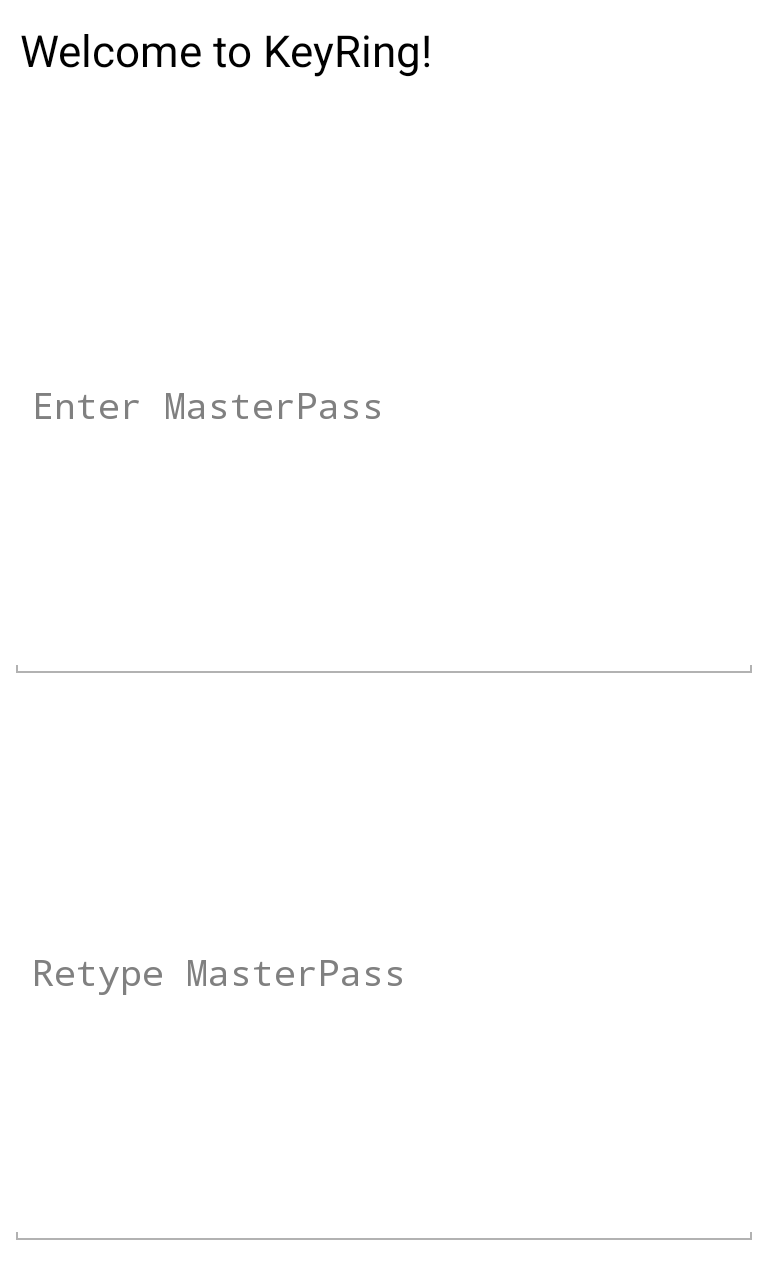
Repository: MarinIuliana/UPB-DILS-MD
Layout: KeyRing/res/layout/masterpass_setup_dialog.xml
The author's editor kept a copy of each file at every save. The layout is drawn from the files as they stood at one save, then again after the next save.
It is drawn on a 768 x 1280 px phone screen (xhdpi) without system bars, with theme AppTheme; the app's code is not run.

Above is the layout before, as saved 2013-11-10 12:51:53.

After the next save:
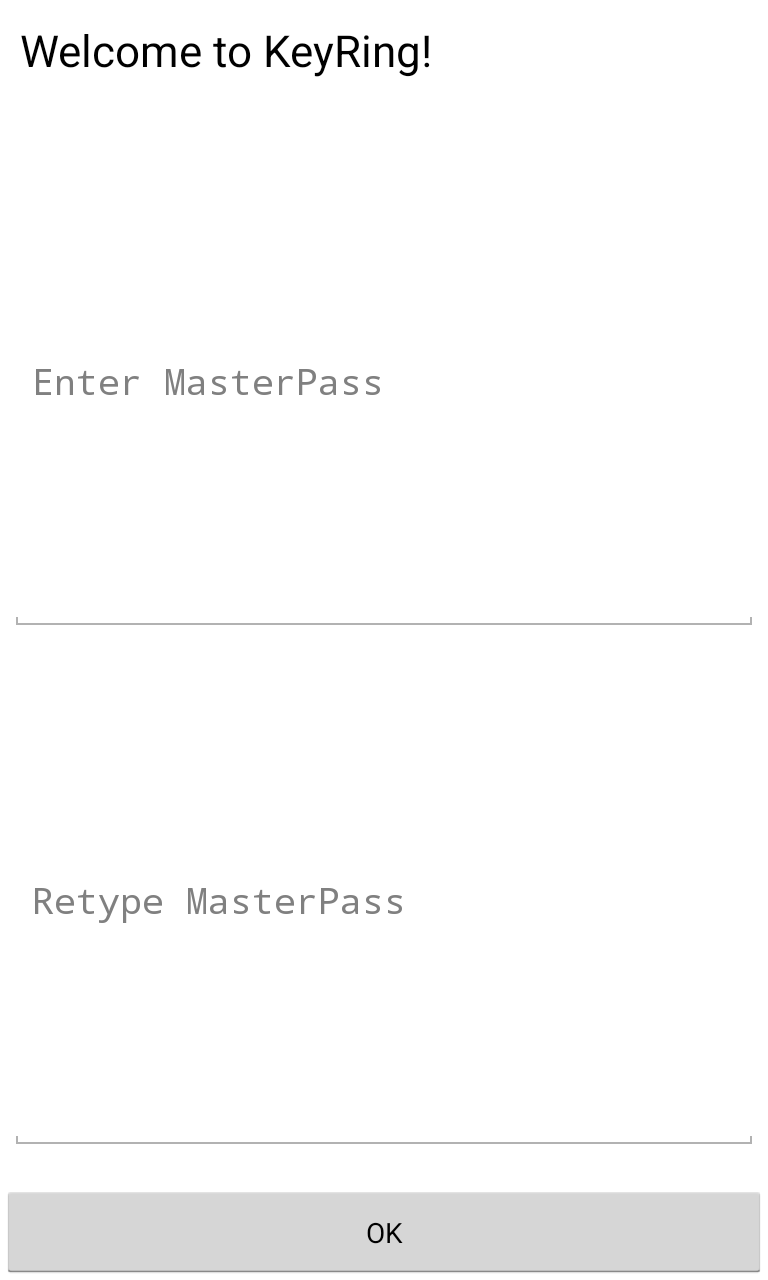
Saved 88 s later.
--- a/KeyRing/res/layout/masterpass_setup_dialog.xml
+++ b/KeyRing/res/layout/masterpass_setup_dialog.xml
@@ -36,4 +36,11 @@
         android:hint="@string/masterPassSetup2"
         android:inputType="textPassword" />
 
+    <Button
+        android:id="@+id/masterpass_setup_ok"
+        style="?android:attr/buttonStyleSmall"
+        android:layout_width="match_parent"
+        android:layout_height="wrap_content"
+        android:text="@string/ok" />
+
 </LinearLayout>

After the save that followed:
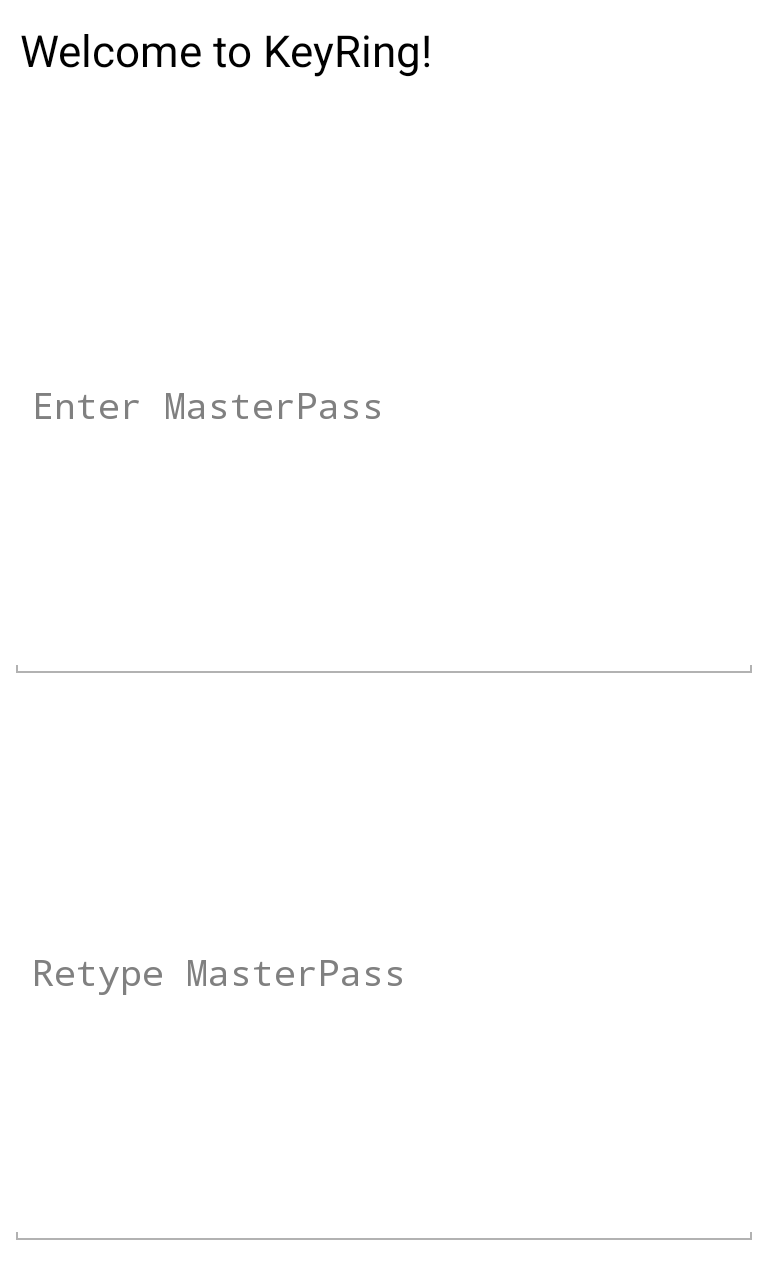
Saved 40 s later.
--- a/KeyRing/res/layout/masterpass_setup_dialog.xml
+++ b/KeyRing/res/layout/masterpass_setup_dialog.xml
@@ -36,11 +36,4 @@
         android:hint="@string/masterPassSetup2"
         android:inputType="textPassword" />
 
-    <Button
-        android:id="@+id/masterpass_setup_ok"
-        style="?android:attr/buttonStyleSmall"
-        android:layout_width="match_parent"
-        android:layout_height="wrap_content"
-        android:text="@string/ok" />
-
 </LinearLayout>
